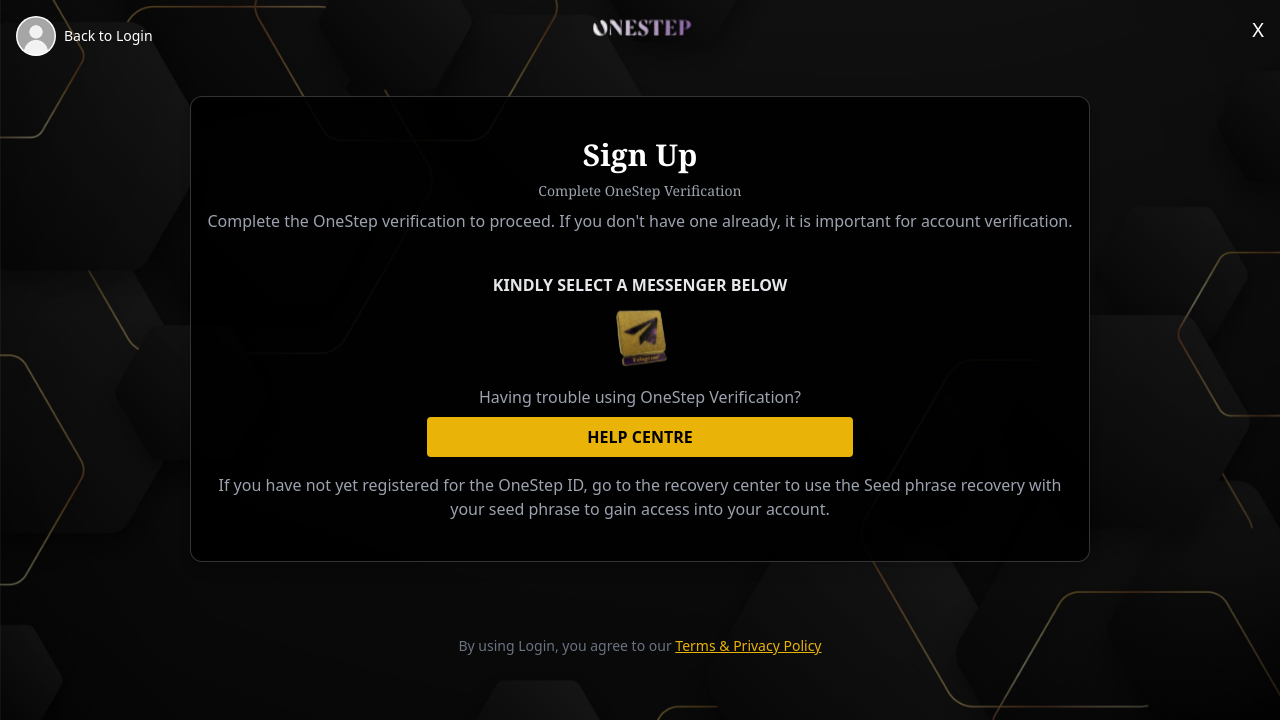
Repository: gloriousnetworker/onestep-authentication-system
Page: /sign-up
The author's editor kept a copy of each file at every save. The page is drawn from the files as they stood at one save, then again after the next save.
The browser window is 1280 px wide. The pictures show the whole page.
The project was rebuilt for these pictures with package versions that can differ from the ones it lists, and the page was loaded fresh each time. Also part of the build but not shown: vite.config.js, src/pages/LoginPage.jsx, src/pages/GrantAccess.jsx, src/pages/OTPVerificationPage.jsx, src/pages/AccountCreationPage.jsx, src/pages/PasswordPage.jsx, src/pages/BiometricsPage.jsx, src/pages/KYCPage.jsx and 2 more.

Above is the page before, as saved 2025-01-16 15:25:27.

### src/App.jsx
import { BrowserRouter as Router, Routes, Route } from 'react-router-dom';
import { useState } from 'react';  // Import useState to manage notification state
import LoginPage from './pages/LoginPage';
import SignupPage from './pages/SignupPage';
import GrantAccess from './pages/GrantAccess';
import OTPVerificationPage from './pages/OTPVerificationPage';
import AccountCreationPage from './pages/AccountCreationPage';
import PasswordPage from './pages/PasswordPage';
import BiometricsPage from './pages/BiometricsPage';
import KYCPage from './pages/KYCPage';
import DashboardPage from './pages/DashboardPage';
import BiometricsLoginPage from './pages/BiometricLoginPage';
import NotificationPopup from './components/NotificationPopup';  // Import NotificationPopup

function App() {
  // State for managing notification
  const [notification, setNotification] = useState({
    message: "",
    type: "",
  });

  // Function to trigger notification
  const showNotification = (message, type) => {
    setNotification({ message, type });
    // Automatically clear notification after 3 seconds
    setTimeout(() => setNotification({ message: "", type: "" }), 3000);
  };

  return (
    <Router>
      {/* Notification Popup */}
      <NotificationPopup
        message={notification.message}
        type={notification.type}
        onClose={() => setNotification({ message: "", type: "" })}
      />

      <Routes>
        <Route path="/" element={<LoginPage showNotification={showNotification} />} />
        <Route path="/sign-up" element={<SignupPage showNotification={showNotification} />} />
        <Route path="/grant-access" element={<GrantAccess showNotification={showNotification} />} />
        <Route path="/otp-verification" element={<OTPVerificationPage showNotification={showNotification} />} />
        <Route path="/account-creation" element={<AccountCreationPage showNotification={showNotification} />} />
        <Route path="/password" element={<PasswordPage showNotification={showNotification} />} />
        <Route path="/biometrics" element={<BiometricsPage showNotification={showNotification} />} />
        <Route path="/biometrics-login" element={<BiometricsLoginPage showNotification={showNotification} />} />
        <Route path="/kyc" element={<KYCPage showNotification={showNotification} />} />
        <Route path="/dashboard" element={<DashboardPage showNotification={showNotification} />} />
      </Routes>
    </Router>
  );
}

export default App;

### src/pages/SignupPage.jsx
import React from "react";
import { useNavigate } from "react-router-dom";

const SignupPage = () => {
  const navigate = useNavigate();

  const handleGenerateOTP = () => {
    const otp = Math.floor(100000 + Math.random() * 900000).toString();
    console.log("Generated OTP:", otp);
    localStorage.setItem("otp", otp);
    navigate("/grant-access");
  };

  return (
    <div
      className="relative bg-cover bg-center min-h-screen flex flex-col justify-between"
      style={{
        backgroundImage: "linear-gradient(rgba(0, 0, 0, 0.6), rgba(0, 0, 0, 0.6)), url('/background.jpg')",
      }}
    >
      {/* Top Left: Back to Login */}
      <div
        className="absolute top-4 left-4 flex items-center gap-2 cursor-pointer"
        onClick={() => navigate("/")}
      >
        <img
          src="/avatar.avif"
          alt="Back to Login icon"
          className="w-10 h-10 rounded-full object-cover"
          loading="lazy"
        />
        <span className="text-white text-sm">Back to Login</span>
      </div>

      {/* Top Middle: Logo */}
      <div className="absolute top-4 left-1/2 transform -translate-x-1/2">
        <img
          src="/onestep.png"
          alt="OneStep Logo"
          className="w-28 sm:w-25 h-6"
          loading="lazy"
        />
      </div>

      {/* Top Right: Close Button */}
      <div className="absolute top-4 right-4 text-white cursor-pointer text-xl hover:text-gray-400" aria-label="Close signup page">
        X
      </div>

      {/* Center Sign-Up Card */}
      <div className="bg-black bg-opacity-90 border border-white border-opacity-20 rounded-xl shadow-lg w-[90%] max-w-[900px] flex flex-col justify-between mt-12 sm:mt-24 mx-auto px-4 py-6">
        <h1 className="text-white text-2xl sm:text-3xl font-bold mb-2 mt-4 text-center font-serif">Sign Up</h1>
        <p className="text-gray-400 text-sm mb-2 text-center font-serif">
          Complete OneStep Verification
        </p>
        <p className="text-gray-400 text-center mb-4">
          Complete the OneStep verification to proceed. If you don't have one already, it is important for account verification.
        </p>

        {/* Select Messenger Section */}
        <div className="flex flex-col justify-center items-center mb-4 mt-6 cursor-pointer">
          <div className="text-center text-gray-200 font-semibold mb-2">KINDLY SELECT A MESSENGER BELOW</div>
          <img
            src="/telelogo.png"
            alt="Telegram icon for verification"
            className="w-12 sm:w-16 h-12 sm:h-16"
            loading="lazy"
            onClick={handleGenerateOTP}
          />
        </div>

        {/* Help Center */}
        <div className="text-center text-gray-400 mb-4">
          <p className="mb-2">Having trouble using OneStep Verification?</p>
          <button className="bg-yellow-500 hover:bg-yellow-600 text-black font-semibold px-20 sm:px-40 py-2 rounded">
            HELP CENTRE
          </button>
        </div>

        {/* Seed Phrase Recovery */}
        <div className="text-center text-gray-400 mb-4">
          <p>
            If you have not yet registered for the OneStep ID, go to the recovery center to use the Seed phrase recovery with your seed phrase to gain access into your account.
          </p>
        </div>
      </div>

      {/* Footer Text */}
      <div className="text-center text-sm text-gray-500 mt-auto">
        <p className="mb-16">
          By using Login, you agree to our <span className="text-yellow-500 underline cursor-pointer">Terms & Privacy Policy</span>
        </p>
      </div>
    </div>
  );
};

export default SignupPage;

### src/components/NotificationPopup.jsx
import React from "react";

const NotificationPopup = ({ message, type, onClose }) => {
  // Define alert styles based on the type
  const typeStyles = {
    success: "bg-green-500 text-white",
    error: "bg-red-500 text-white",
    warning: "bg-yellow-500 text-black",
    info: "bg-blue-500 text-white",
  };

  return (
    <div
      className={`fixed top-4 right-4 w-[300px] sm:w-[400px] p-4 rounded-md shadow-lg transition-transform transform ${
        message ? "scale-100" : "scale-0"
      } ${typeStyles[type] || "bg-gray-500 text-white"}`}
    >
      <div className="flex justify-between items-center">
        {/* Message Content */}
        <span className="text-sm sm:text-base">{message}</span>

        {/* Close Button */}
        <button
          onClick={onClose}
          className="ml-4 text-lg font-bold hover:text-opacity-80"
          aria-label="Close notification"
        >
          &times;
        </button>
      </div>
    </div>
  );
};

export default NotificationPopup;

### tailwind.config.js
module.exports = {
  content: [
    "./index.html",
    "./src/**/*.{js,jsx,ts,tsx}",
  ],
  theme: {
    extend: {
      fontFamily: {
        'times': ['Times New Roman', 'serif'],
      },
    },
  },
  plugins: [],
};

Loaded but not shown: index.html (common file); src/main.jsx (common file); src/index.css (common file)

After the next save:
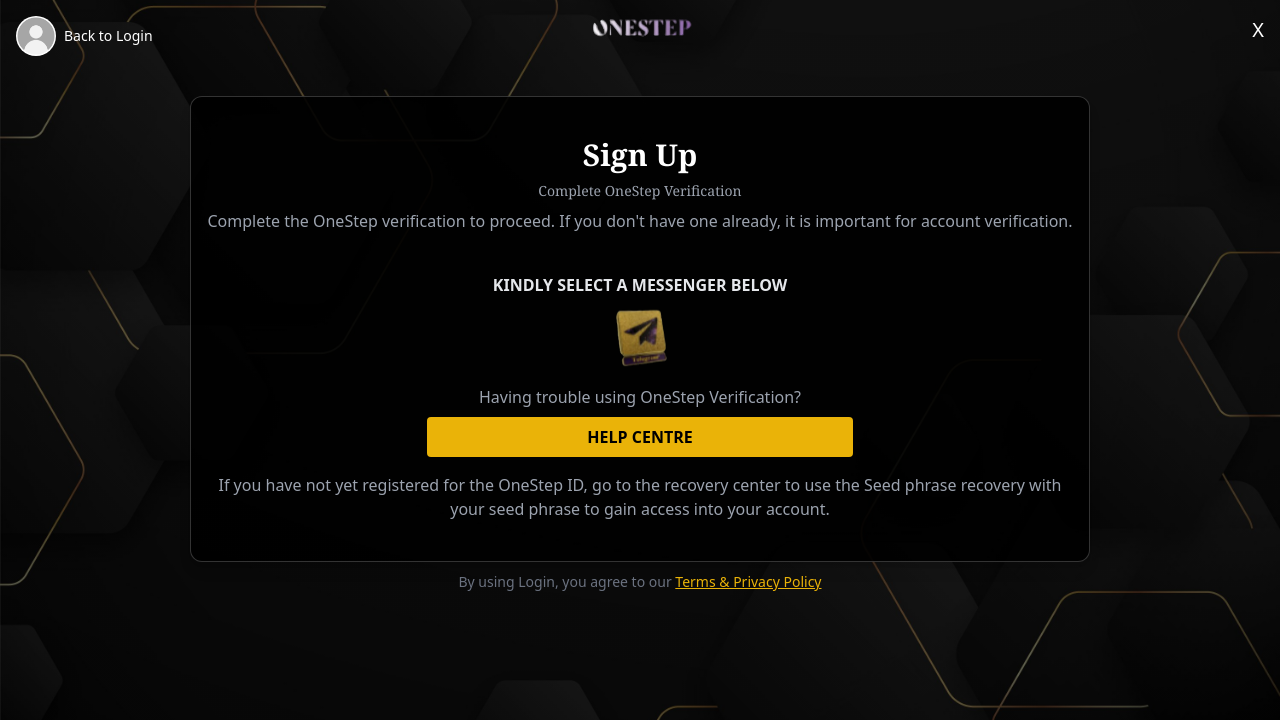
Saved 6 s later.
--- a/src/pages/SignupPage.jsx
+++ b/src/pages/SignupPage.jsx
@@ -87,7 +87,7 @@
 
       {/* Footer Text */}
       <div className="text-center text-sm text-gray-500 mt-auto">
-        <p className="mb-16">
+        <p className="mb-32">
           By using Login, you agree to our <span className="text-yellow-500 underline cursor-pointer">Terms & Privacy Policy</span>
         </p>
       </div>
